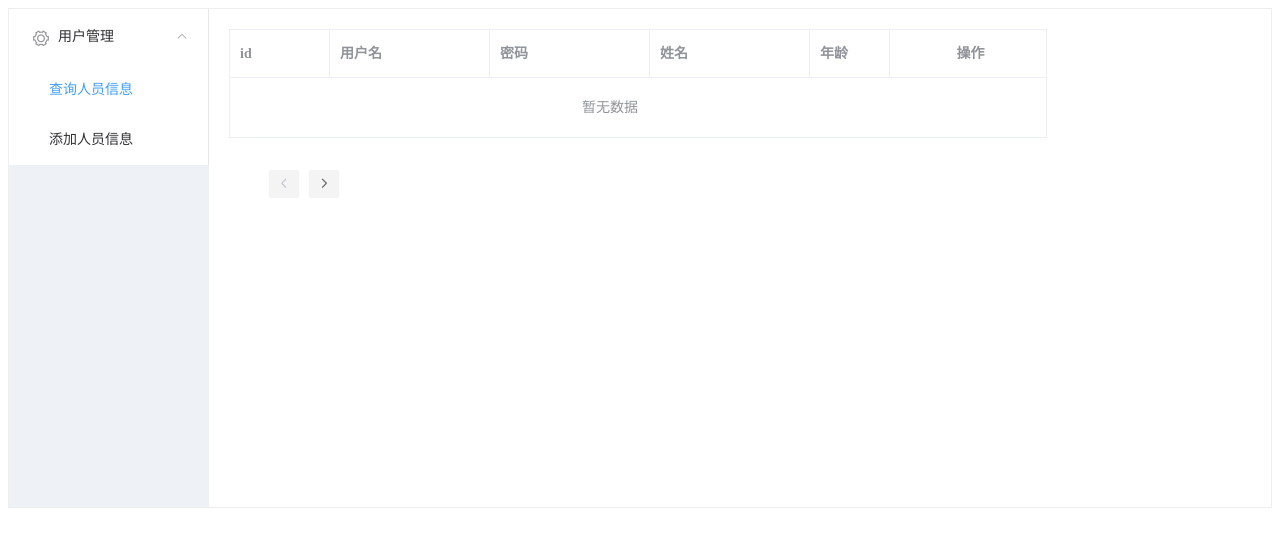
Repository: bigzheng11/-demo
Page: /userManage
The author's editor kept a copy of each file at every save. The page is drawn from the files as they stood at one save, then again after a run of saves.
The browser window is 1280 px wide. The pictures show the whole page.
The page's requests for data from a server got no answer. The project was rebuilt for these pictures with package versions that can differ from the ones it lists, and the page was loaded fresh each time. No one was signed in, and anything a server would have sent is missing. Also part of the build but not shown: vue.config.js, src/views/UserUpdate.vue, src/views/AddUser.vue.

Above is the page before, as saved 2022-07-18 22:01:10.

After the next 12 saves:
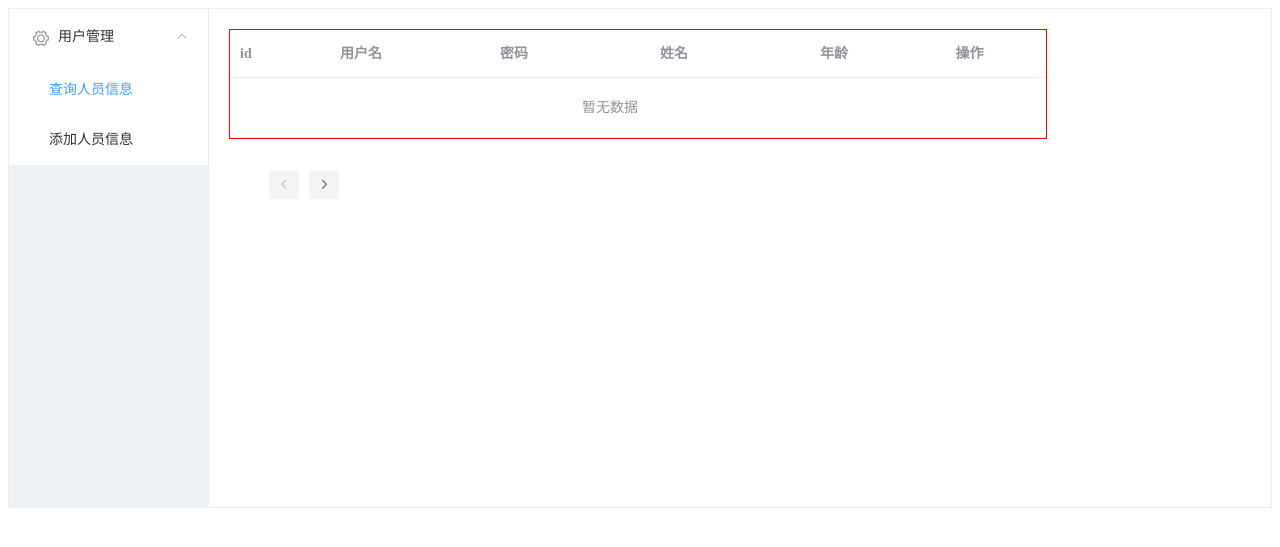
The 12 saves are shown as one change because they came seconds apart.
The last was saved 23 s later.
--- a/src/views/UserManage.vue
+++ b/src/views/UserManage.vue
@@ -1,6 +1,6 @@
 <template>
   <div>
-    <el-table :data="tableData" border="" style="width: 80%">
+    <el-table :data="tableData"  style="width: 80%;border:red solid 1px;">
       <el-table-column fixed prop="id" label="id" width="100">
       </el-table-column>
       <el-table-column prop="username" label="用户名" width="160">
